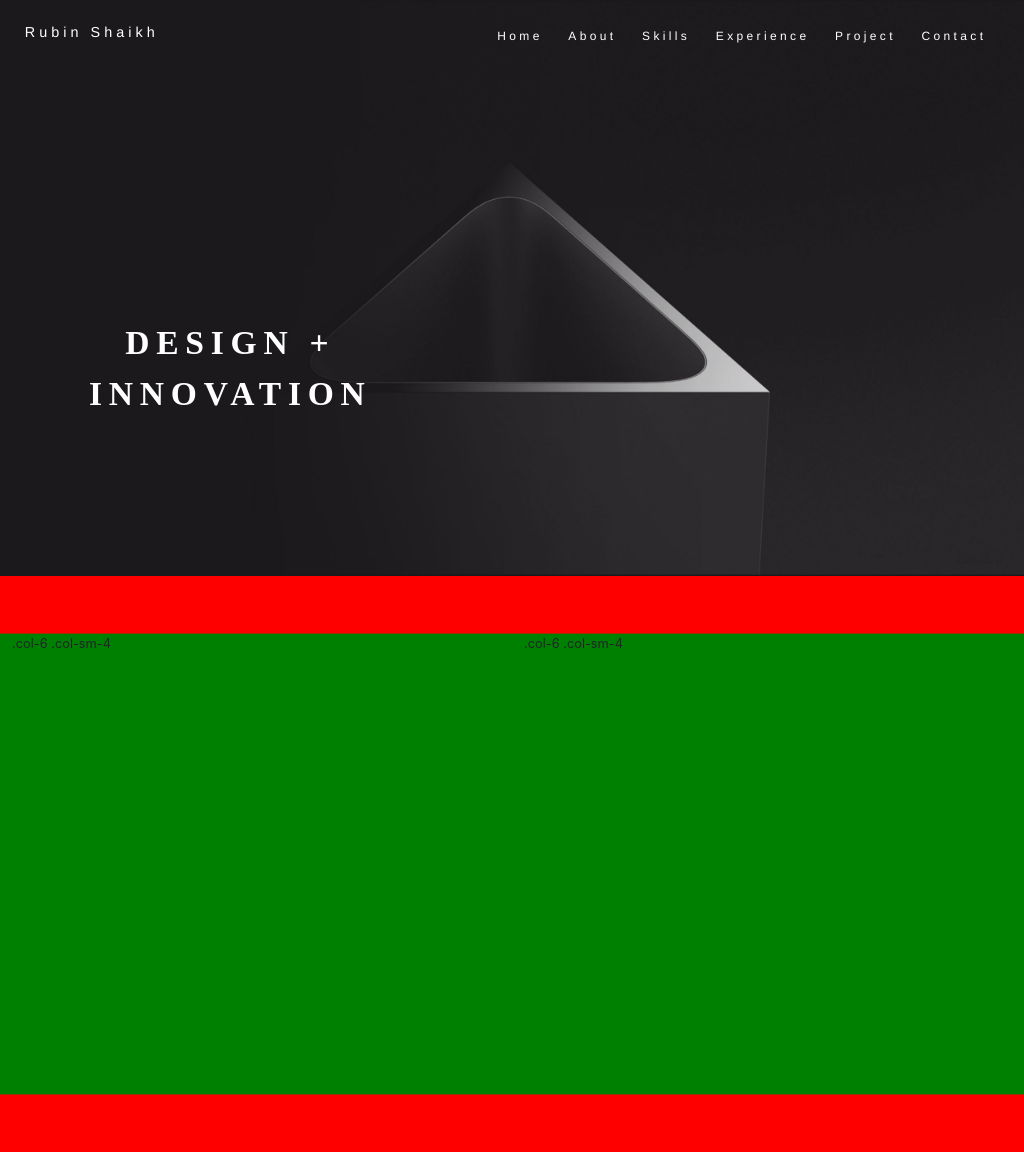
Repository: Rubin78/My-Portfolio
Page: /second
These files come from the project's save history. The page is drawn as it stood at one moment and after the next save; the edit follows.
The browser window is 1280 px wide. The pictures show the whole page, at 80% of full size.
The project was rebuilt for these pictures with package versions that can differ from the ones it lists, and the page was loaded fresh each time. Also part of the build but not shown: src/components/First/First.module.css, src/components/First/First.js, src/components/Third.js.

Above is the page before, as saved 2020-07-21 18:17:23.

### src/App.js
import React from 'react';

// import './App.css';

import { BrowserRouter as Router, Switch, Route } from "react-router-dom";
import First from './components/First/First';
import Second from './components/Second';
import Third from './components/Third';
function App() {
  return (
    <Router>
        <div className="App">

          <Switch>
            <Route exact path="/" component={First} />
            <Route exact path="/second" component={Second} />
            <Route exact path="/third" component={Third} />



            <Route render={() => <h2>404 Page Not Found</h2>} />
          </Switch>
        </div>
      </Router>
  );
}

export default App;

### src/components/Second.js
// import React, { Component } from 'react';
// import { Link } from "react-router-dom";
// class Second extends Component {
//     render() {
//         console.log(this.props);
//         return (




//             <div>
//                 <Link to="/third" >Go to the third page</Link>

//         <div>{this.props.location.state}</div>
//             </div>
//         );
//     }
// }

// export default Second;








import React, { useState } from 'react';
import {
  Collapse,
  Navbar,
  NavbarToggler,
  NavbarBrand,
  Nav,
  NavItem,
  NavLink,
  UncontrolledDropdown,
  DropdownToggle,
  DropdownMenu,
  DropdownItem,
  NavbarText
} from 'reactstrap';
import { Container, Row, Col} from 'reactstrap';
import styles  from '../components/Second.css'
import hero1 from '../assests/hero1.jpg';
import { Hidden } from '@material-ui/core';


const Example = (props) => {
  const [isOpen, setIsOpen] = useState(false);

  const toggle = () => setIsOpen(!isOpen);

  return (
<div>
    <Container fluid  className="containerBody2" style={{  backgroundImage:`url(${hero1})`,backgroundColor:'red'}} >
    <div style={{backgroundColor:'transparent',height:90,display:'flex'}}>


      <Navbar color="red" light expand="md"  style={{display:'flex',flex:1,position:'sticky'}} >
        <NavbarBrand href="/"><h4  className="textheader1" >Rubin Shaikh</h4></NavbarBrand>
        <NavbarToggler onClick={toggle} style={{color:'white',backgroundColor:'#F5F5F5'}} />
        <Collapse isOpen={isOpen} navbar >
          <Nav className="mr-auto" navbar>



         </Nav>

         <NavLink  href="/components/"  className="textheader" >Home</NavLink>
         <NavLink href="/components/" className="textheader">About</NavLink>
          <NavLink href="/components/" className="textheader">Skills</NavLink>
          <NavLink href="/components/" className="textheader">Experience</NavLink>
          <NavLink href="/components/" className="textheader">Project</NavLink>
          <NavLink href="/components/" className="textheader">Contact</NavLink>
        </Collapse>
      </Navbar>
    </div>


<Col sm="5"  style={{ display:'flex',flex:1,
alignItems:'space-between',justifyContent:'center',paddingLeft:40,}}>
<div style={{display:'flex',height:450,flexDirection:'column',justifyContent:'flex-end',alignItems:'flex-start',marginBottom:20,}} >

    <div style={{color:'white',fontSize:42,textAlign:'center',fontFamily:"Patua One",fontWeight:"bolder",letterSpacing:'.20em'}} >
    {/* <div style={{color:'#ffffff',fontSize:15,textAlign:"left",letterSpacing:'.1em',paddingLeft:60}}>HELLO,</div> */}

      DESIGN +
   <p style={{paddingBottom:-15}}>INNOVATION</p></div>
    {/* <button onClick={this.submitHandler} >go to second page</button> */}
    </div>
</Col>
    </Container>


<Container fluid  className="container2">
<Row >

        <Col xs="6" sm="6"   className="container2column" >.col-6 .col-sm-4</Col>
        <Col xs="6" sm="6"className="container2column" >.col-6 .col-sm-4</Col>


      </Row>
</Container>

    </div>
  );
}

export default Example;

### src/components/Second.css

.containerBody2{



    background-position: center;
    background-size: cover;
    background-repeat: 'no-repeat';
    height: 100vh;
    width: calc(100vw -12px);
    overflow: hidden;
    position: relative;
background-color: black;

}


.container2{

    height: 100vh;
    width: calc(100vw -12px);
    overflow: hidden;
    background-color: red;

position: relative;

align-items: center;
display: flex;
}


.textheader{


  color: white;
  font-size: 15px;
font-family: "Gotham-Medium","Helvetica Neue","sans-serif";
letter-spacing: .28em;
}



.textheader1{


    color: white;
    font-size: 18px;
  font-family: "Gotham-Medium","Helvetica Neue","sans-serif";
  letter-spacing: .28em;
  }




.textcolor{
font-size: 45px;
margin-bottom: 20px;
letter-spacing: -1px;
font-family: "Gotham-Bold","Helvetica Neue",sans-serif;


background-color: red;


}


.container2row{

display: flex;
flex: 1;

justify-content: center;
align-items: center;
height: 100vh;
background-color: blue;

}


.container2column{

    height: 80vh;
    width: 50vw;
    background-color: green;
}

Loaded but not shown: public/index.html (common file); src/index.js (common file); src/index.css (common file); src/serviceWorker.js (common file)

After the next save:
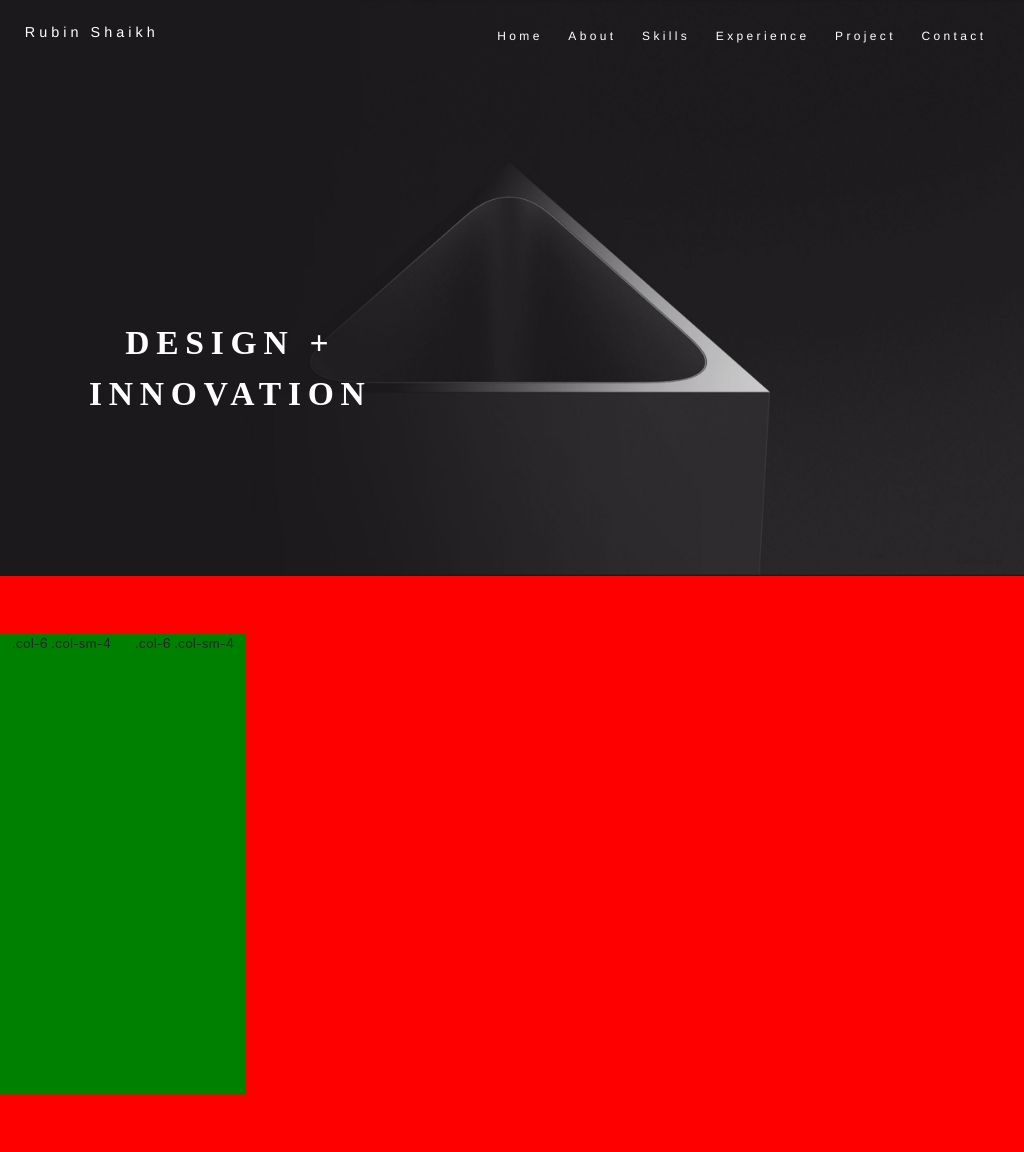
Saved 33 s later.
--- a/src/components/Second.css
+++ b/src/components/Second.css
@@ -81,6 +81,6 @@
 .container2column{
 
     height: 80vh;
-    width: 50vw;
+
     background-color: green;
 }

After the 4 saves that followed:
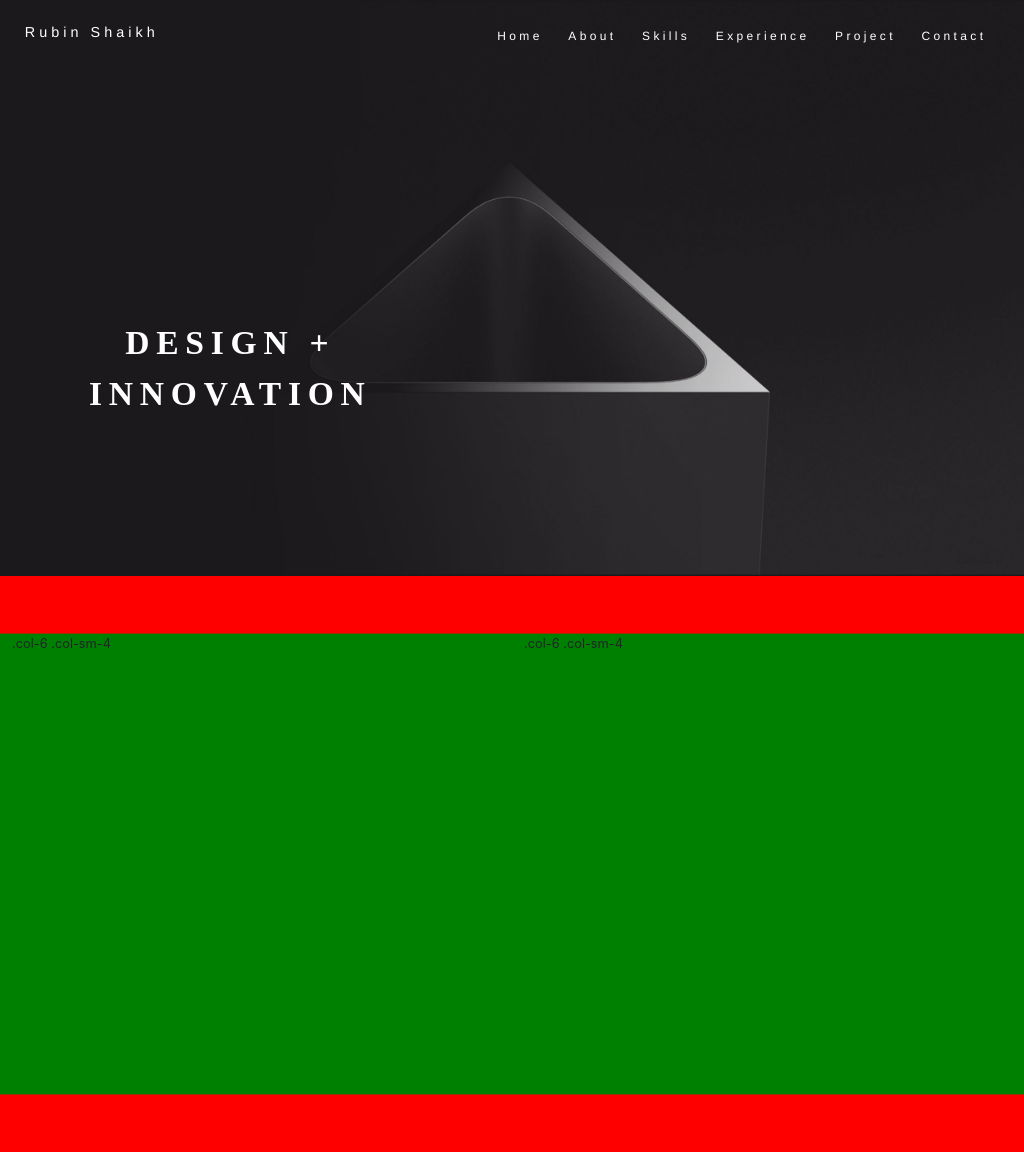
The 4 saves are shown as one change because 3 left the picture as it was.
The last was saved 110 s later.
--- a/src/components/Second.js
+++ b/src/components/Second.js
@@ -97,8 +97,8 @@
 <Container fluid  className="container2">
 <Row >
 
-        <Col xs="6" sm="6"   className="container2column" >.col-6 .col-sm-4</Col>
-        <Col xs="6" sm="6"className="container2column" >.col-6 .col-sm-4</Col>
+        <Col md="6" sm="6"   className="container2column" >.col-6 .col-sm-4</Col>
+        <Col md="6" sm="6"className="container2column" >.col-6 .col-sm-4</Col>
 
 
       </Row>
--- a/src/components/Second.css
+++ b/src/components/Second.css
@@ -81,6 +81,6 @@
 .container2column{
 
     height: 80vh;
-
+    width: 50vw;
     background-color: green;
 }
